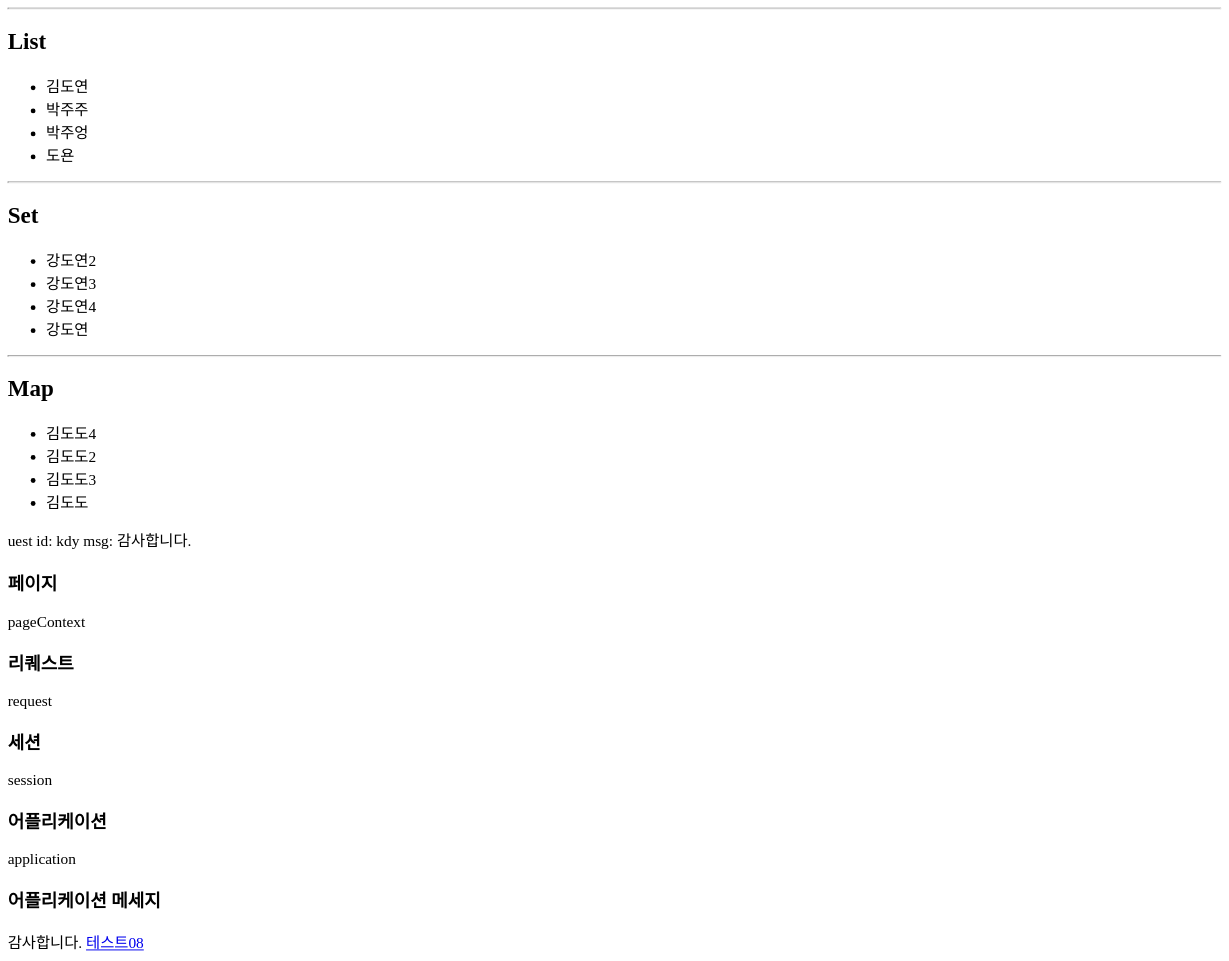
Repository: cordingdodo/javaworks2
Page: http://localhost/practice01/test06.jsp
These files come from the project's save history. The page is drawn as it stood at one moment and after the next save; the edit follows.
The browser window is 1280 px wide. The pictures show the whole page, at 96% of full size.
The page is served by Tomcat 9. The template is opened directly, without the code that normally fills it, so the values that code supplies are empty.

Above is the page before, as saved 2022-10-21 03:14:54.

After the next save:
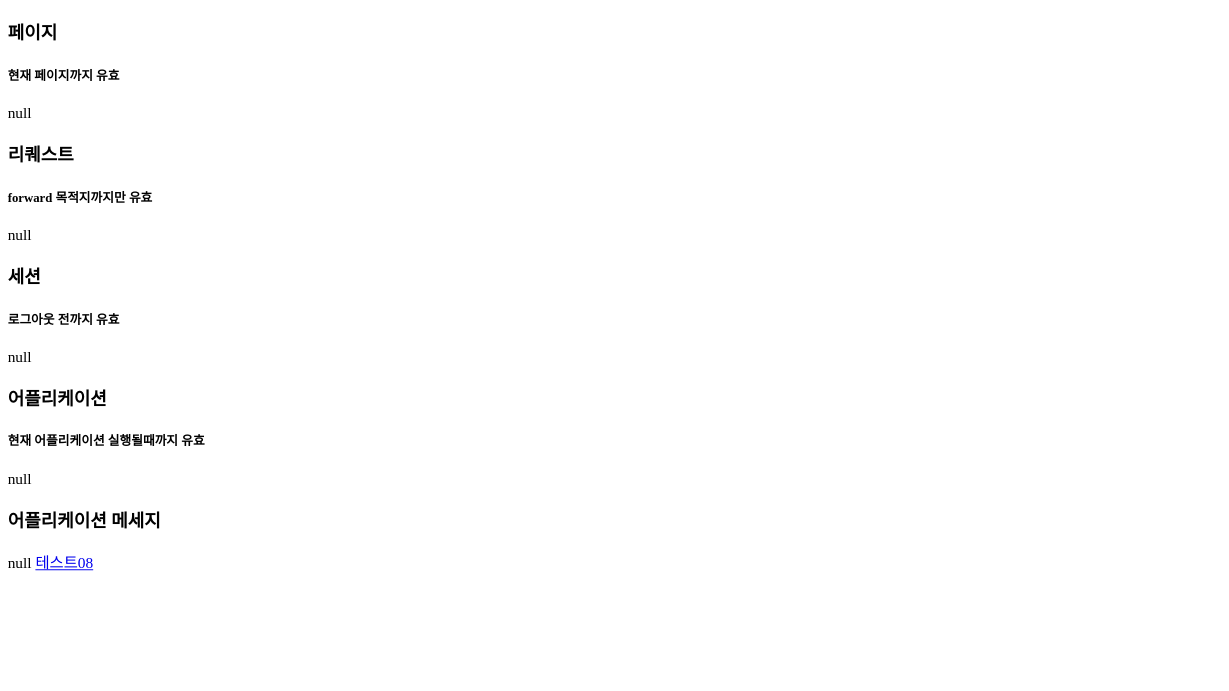
Saved 17 s later.
--- a/practice01/WebContent/test06.jsp
+++ b/practice01/WebContent/test06.jsp
@@ -36,7 +36,7 @@
 
 
 	//전송 받을 목적 페이지지정 /보낼곳 지정
-	RequestDispatcher rd = request.getRequestDispatcher("test07.jsp");
+	RequestDispatcher rd = request.getRequestDispatcher("test08.jsp");
 	//해당 목적 페이지에 request.setAttribute()한 데이터를 포워딩(전달)
 	rd.forward(request, response);
 	//response.sendRedirect("test07.jsp")
